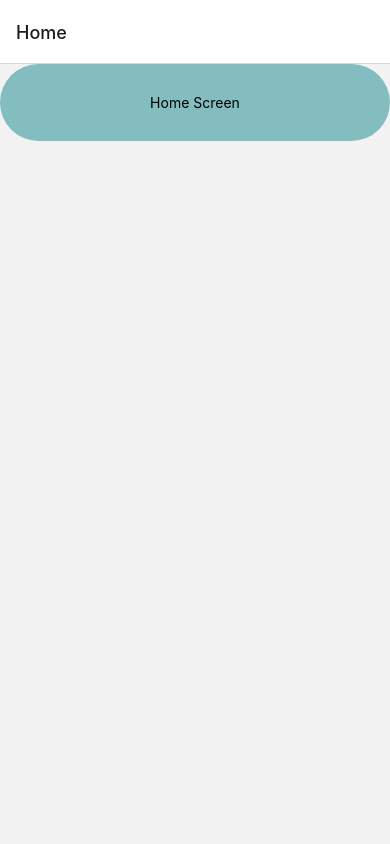
Repository: itadori17/MovieApi
Screen: /
The author's editor kept a copy of each file at every save. The screen is drawn from the files as they stood at one save, then again after a run of saves.
The app was drawn by React Native's web renderer in a window 390 px wide. The project was rebuilt for these pictures with package versions that can differ from the ones it lists, and the page was loaded fresh each time. Also part of the build but not shown: src/Screens/MovieFinder.js.

Above is the screen before, as saved 2022-08-22 09:36:50.

After the next 4 saves:
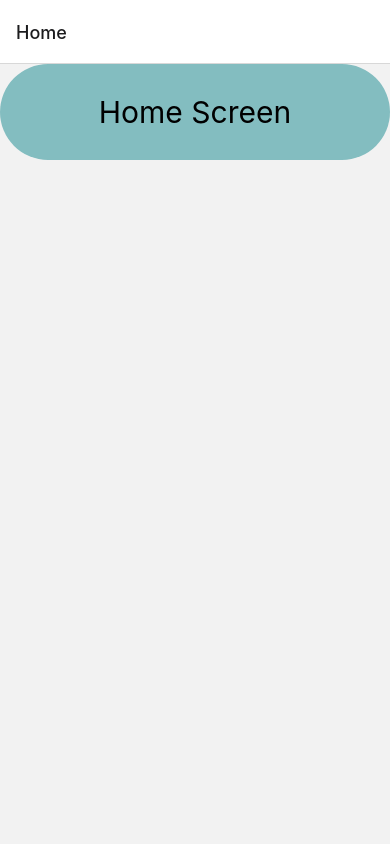
The 4 saves are shown as one change because they came seconds apart.
The last was saved 12 s later.
--- a/src/Screens/HomeSreen.js
+++ b/src/Screens/HomeSreen.js
@@ -12,7 +12,7 @@ const HomeSreen = () => {
 
         onPress={() => navigation.navigate('MovieFinder')}
      >
-        <Text>Home Screen</Text>
+        <Text style={styles.text} >Home Screen</Text>
      </TouchableOpacity>
     </View>
   )
